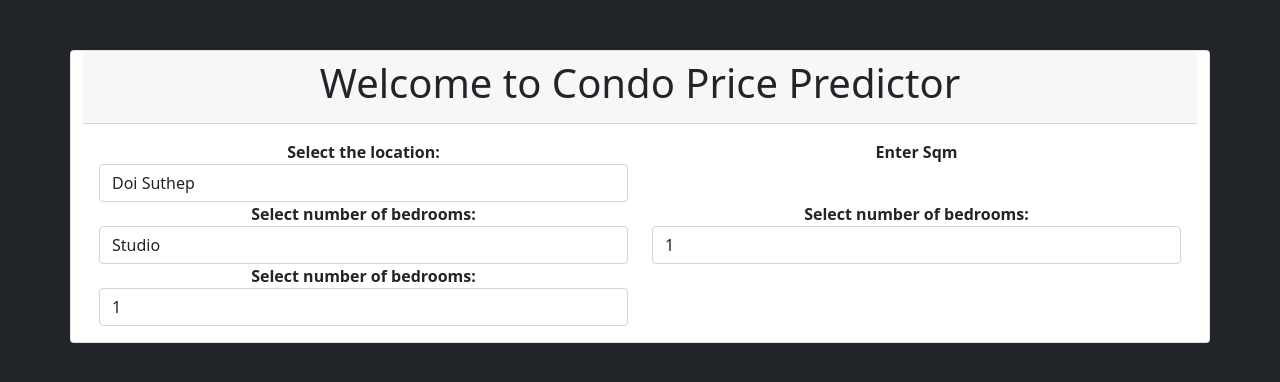
Repository: myothida/condoprice_CNX
Page: http://localhost/
These files come from the project's save history. The page is drawn as it stood at one moment and after the next save; the edit follows.
The browser window is 1280 px wide. The pictures show the whole page.
The page is served by the project's application, run on Flask 3 (main.py).

Above is the page before, as saved 2023-09-26 21:56:34.

After the next save:
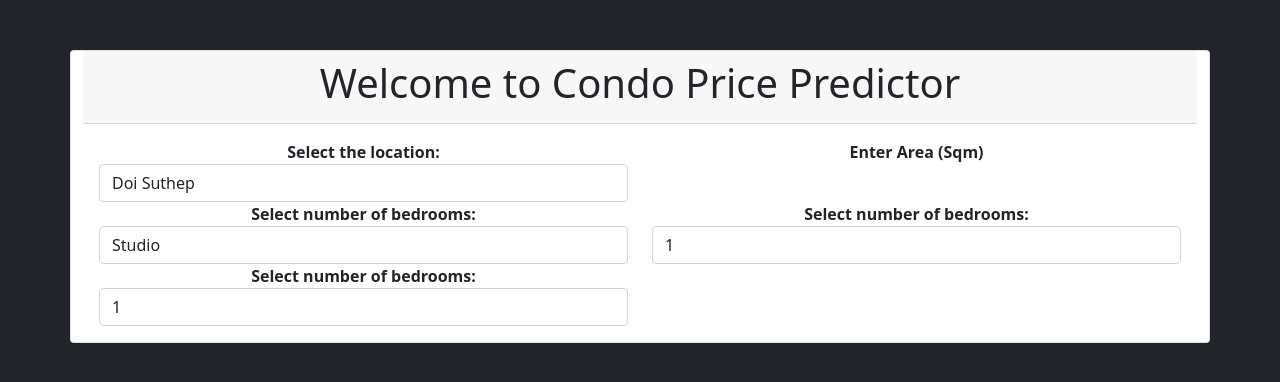
Saved 7 s later.
--- a/templates/index.html
+++ b/templates/index.html
@@ -42,7 +42,7 @@
                 </div>
 
                 <div class="col-md-6 form-group" style="text-align: center">
-                  <label><b> Enter Sqm </b> </label>
+                  <label><b> Enter Area (Sqm) </b> </label>
                 </div>
                 <div class="col-md-6 form-group" style="text-align: center">
                   <label><b> Select number of bedrooms: </b> </label>
